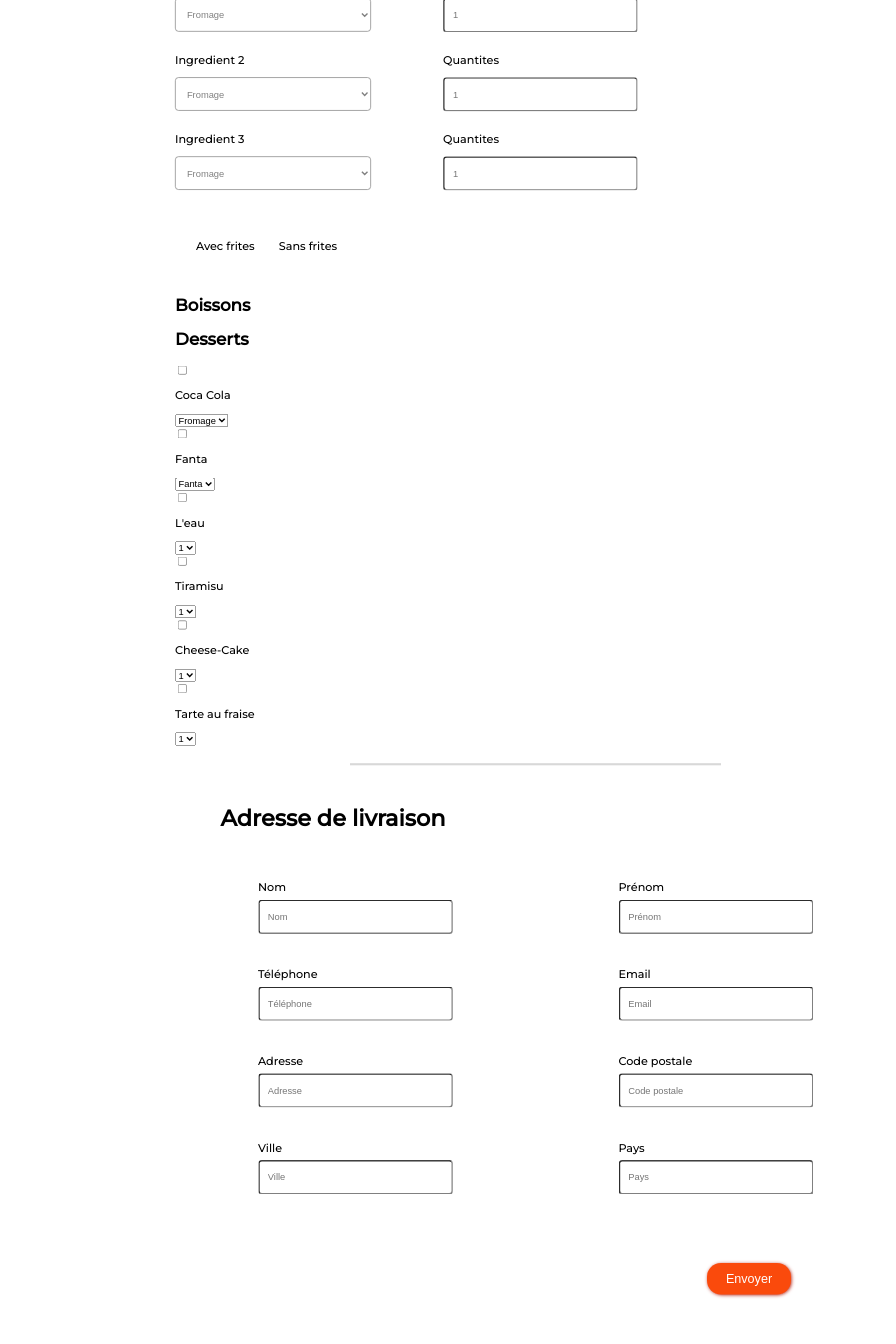
Repository: Ahlam-belhadj/bella-olange
Page: index2.html
An editor plug-in stored every save of this project. The page is shown before and after a run of saves, followed by the edit.
The browser window is 1280 px wide. The pictures show the part of the page from y = 1705 to 3625 px (the page is 3625 px tall before and 3221 px after), at 70% of full size.

Above is the page before, as saved 2023-02-14 19:47:49.

### index2.html
<!DOCTYPE html>
<html lang="en">

<head>
    <meta charset="UTF-8">
    <meta http-equiv="X-UA-Compatible" content="IE=edge">
    <meta name="viewport" content="width=device-width, initial-scale=1.0">
    <link rel="stylesheet" href="https://cdnjs.cloudflare.com/ajax/libs/font-awesome/6.2.1/css/all.min.css" />
    <link rel="stylesheet" href="style2.css">
    <title>Bella olanje</title>
</head>

<body>
  <header>

    <nav>
      <ul class="nav-bar">
          <div class="logo"><a href='#'><img src="image/logo_bella_olonje.png" alt="jsp"></a></div>
          <input type="checkbox" id="check" />
          <span class="menu">
              <li><a href="index.html" class="nav-link">Home</a></li>
              <li><a href="#pizza" class="nav-link">Pizzas</a></li>
              <li><a href="#burger" class="nav-link">Burgers</a></li>
              <li><a href="#salades" class="nav-link">Salades</a></li>
              <li><a href="index3.html" class="nav-link">Contact</a></li>
              <label for="check" class="close-menu"><i class="fas fa-times"></i></label>
          </span>
          <label for="check" class="open-menu"><i class="fas fa-bars"></i></label>
      </ul>
  </nav>

    <div class="title">
        <div class="texte">
            <h3>Food app</h3>
            <h1>Chez Bella <br>
                chaque désire s'additionne.</h1>
        </div>
    </div>
</header>




    <main>
      <div class="infos" id="form-infos">
        <form>
          <h1>Vos informations</h1>

          <div class="grp_infos">
            <div class="nom_prenom">
              <div class="label1">
                <label class="label_nom">Nom</label><br>
                <input type="text" placeholder="Nom">
              </div>
              <div class="label1">
                <label class="label_nom">Prénom</label><br>
                <input type="text" placeholder="Prénom">
              </div>
            </div>

            <div class="telephone_email">
              <div class="label1">
                <label class="label_nom">Téléphone</label><br>
                <input type="text" placeholder="Téléphone">
              </div>
              <div class="label1">
                <label class="label_nom">Email</label><br>
                <input type="text" placeholder="Email">
              </div>
            </div>
          </div>
        </form>
      </div>

      <hr>

      <div class="commande">
        <form>
          <h1>Votre commande</h1>
          <h3>Suppléments</h3>
          <div class="grp_suppliment">
            <div class="ingredient_quantite">
              <div class="fromage">
                <label>Ingredient</label><br>
                <select name="ingr" class="suppléments">
                  <option value="fromage">Fromage</option>
                  <option value="fromage">Fromage</option>
                  <option value="fromage">Fromage</option>
                  <option value="fromage">Fromage</option>
                  <option value="fromage">Fromage</option>
                  <option value="fromage">Fromage</option>
                  <option value="fromage">Fromage</option>
                </select>
              </div>
              <div class="box">
                <label>Quantites</label><br>
                <input type="number" min="0" placeholder="1">
              </div>
            </div>

            <div class="ingredient_quantite">
             <div class="fromage">
                <label>Ingredient 1</label><br>
                <select name="ingr" class="suppléments">
                  <option value="fromage">Fromage</option>
                  <option value="fromage">Fromage</option>
                  <option value="fromage">Fromage</option>
                  <option value="fromage">Fromage</option>
                  <option value="fromage">Fromage</option>
                  <option value="fromage">Fromage</option>
                  <option value="fromage">Fromage</option>
                </select>
              </div>
              <div class="box">
                <label>Quantites</label><br>
                <input type="number" min="0" placeholder="1">
              </div>
            </div>

            <div class="ingredient_quantite">
              <div class="fromage">
                <label>Ingredient 2</label><br>
                <select name="ingr" class="suppléments">
                  <option value="fromage">Fromage</option>
                  <option value="fromage">Fromage</option>
                  <option value="fromage">Fromage</option>
                  <option value="fromage">Fromage</option>
                  <option value="fromage">Fromage</option>
                  <option value="fromage">Fromage</option>
                  <option value="fromage">Fromage</option>
                </select>
              </div>
              <div class="box">
                <label>Quantites</label><br>
                <input type="number" min="0" placeholder="1">
              </div>
            </div>

            <div class="ingredient_quantite">
              <div class="fromage">
                <label>Ingredient 3</label><br>
                <select name="ingr" class="suppléments">
                  <option value="fromage">Fromage</option>
                  <option value="fromage">Fromage</option>
                  <option value="fromage">Fromage</option>
                  <option value="fromage">Fromage</option>
                  <option value="fromage">Fromage</option>
                  <option value="fromage">Fromage</option>
                  <option value="fromage">Fromage</option>
                </select>
              </div>
              <div class="box">
                <label>Quantites</label><br>
                <input type="number" min="0" placeholder="1">
              </div>
            </div>
          </div>


          <div class="check2">
            <label class="container">Avec frites
              <input type="radio" checked="checked" name="radio">
              <span class="checkmark"></span>
            </label>
            <label class="container">Sans frites
              <input type="radio" name="radio">
              <span class="checkmark"></span>
            </label>
          </div>


          <div class="Boissons">
            <div class="Titres">
            <div>
                <h2>
                Boissons
                </h2>
            </div>
            <div>
                <h2>
                Desserts
                </h2>
            </div>
            </div>
            <div class="Box">
                <div class="gauche">
                     <div class="coti">
                <input type="checkbox" class="checkbox-green"/>
                <p>
                    Coca Cola
                </p>
                <select name="Ingrédient" id="Ingrédient">
                    <option value="">Fromage</option>
                    <option value="Fromage">Fromage</option>
                    <option value="Fromage">Fromage</option>
                    <option value="Fromage">Fromage</option>
                    <option value="Fromage">Fromage</option>
                    <option value="Fromage">Fromage</option>
                    <option value="Fromage">Fromage</option>
                </select>
            </div>
            <div class="coti">
                <input type="checkbox" class="checkbox-green"/>
                <p>
                    Fanta
                </p>
                <select name="Ingrédient" id="Ingrédient">
                    <option value="">Fanta</option>
                    <option value="Fromage">1</option>
                    <option value="Fromage">1</option>
                    <option value="Fromage">1</option>
                    <option value="Fromage">1</option>
                    <option value="Fromage">1</option>
                    <option value="Fromage">1</option>
                </select>
            </div>
            <div class="coti">
                <input type="checkbox" class="checkbox-green"/>
                <p>
                    L'eau
                </p>
                <select name="Ingrédient" id="Ingrédient">
                    <option value="">1</option>
                    <option value="Fromage">1</option>
                    <option value="Fromage">1</option>
                    <option value="Fromage">1</option>
                    <option value="Fromage">1</option>
                    <option value="Fromage">1</option>
                    <option value="Fromage">1</option>
                </select>
            </div>

                </div>
                <div class="droite">
                    <div class="coti">
                <input type="checkbox" class="checkbox-green"/>
                <p>
                    Tiramisu
                </p>
                <select name="Ingrédient" id="Ingrédient">
                    <option value="">1</option>
                    <option value="Fromage">1</option>
                    <option value="Fromage">1</option>
                    <option value="Fromage">1</option>
                    <option value="Fromage">1</option>
                    <option value="Fromage">1</option>
                    <option value="Fromage">1</option>
                </select>
            </div>
            <div class="coti">
                <input type="checkbox" class="checkbox-green"/>
                <p>
                    Cheese-Cake
                </p>
                <select name="Ingrédient" id="Ingrédient">
                    <option value="">1</option>
                    <option value="Fromage">1</option>
                    <option value="Fromage">1</option>
                    <option value="Fromage">1</option>
                    <option value="Fromage">1</option>
                    <option value="Fromage">1</option>
                    <option value="Fromage">1</option>
                </select>
            </div>
            <div class="coti">
                <input type="checkbox" class="checkbox-green"/>
                <p>
                    Tarte au fraise
                </p>
                <select name="Ingrédient" id="Ingrédient">
                    <option value="">1</option>
                    <option value="Fromage">1</option>
                    <option value="Fromage">1</option>
                    <option value="Fromage">1</option>
                    <option value="Fromage">1</option>
                    <option value="Fromage">1</option>
                    <option value="Fromage">1</option>
                </select>
            </div>
                </div>
            </div>

        </div>
      <hr>

      <div class="livraison">
        <form>
          <h1>Adresse de livraison</h1>
          <div class="grp_infos">
            <div class="nom_prenom">
              <div class="label1">
                <label class="label_nom">Nom</label><br>
                <input type="text" placeholder="Nom">
              </div>
              <div class="label1">
                <label class="label_nom">Prénom</label><br>
                <input type="text" placeholder="Prénom">
              </div>
            </div>

            <div class="telephone_email">
              <div class="label1">
                <label class="label_nom">Téléphone</label><br>
                <input type="text" placeholder="Téléphone">
              </div>
              <div class="label1">
                <label class="label_nom">Email</label><br>
                <input type="text" placeholder="Email">
              </div>
            </div>
            <div class="nom_prenom">
              <div class="label1">
                <label class="label_nom">Adresse</label><br>
                <input type="text" placeholder="Adresse">
              </div>
              <div class="label1">
                <label class="label_nom">Code postale</label><br>
                <input type="text" placeholder="Code postale">
              </div>
            </div>

            <div class="telephone_email">
              <div class="label1">
                <label class="label_nom">Ville</label><br>
                <input type="text" placeholder="Ville">
              </div>
              <div class="label1">
                <label class="label_nom">Pays</label><br>
                <input type="text" placeholder="Pays">
              </div>
            </div>
          </div>
            <div class="div_button"><button class="button" type="button">Envoyer</button></div>
        </form>

      </div>
    </main>

</body>

</html>

### style2.css
@import url('https://fonts.googleapis.com/css2?family=Montserrat:wght@100;200;500&display=swap');

body {
    font-family: Montserrat, sans-serif;
    margin: auto;
}


.logo img{
  height: 100px;
  width: 150px;
}


.nav-bar {
  display: flex;
  justify-content: space-between;
  align-items: center;
  list-style: none;
  position: relative;
  background-color: #FFF;
  padding: 12px 20px;
}

.menu {
  display: flex;
}

.menu li {
  padding-left: 20px;
  padding-right: 55px;
}

.menu li a {
  display: inline-block;
  text-decoration: none;
  color: #333;
  text-align: center;
  position: relative;
}

.menu li a:hover {
  color: #FA4A0C;
}

.open-menu {
  position: absolute;
  color: #FA4A0C;
  cursor: pointer;
  font-size: 1.5rem;
  display: none;
}

.close-menu {
  position: absolute;
  color: #333;
  cursor: pointer;
  font-size: 1.5rem;
  display: none;
  padding: 10px;
}

.open-menu {
  top: 50%;
  right: 20px;
  transform: translateY(-50%);
}

.close-menu {
  top: 20px;
  right: 20px;
}

#check {
  display: none;
}

@media(max-width: 920px) {
  .menu {
      flex-direction: column;
      align-items: center;
      width: 60%;
      height: 100vh;
      position: fixed;
      top: 0;
      right: -100%;
      z-index: 100;
      background-color: rgb(255, 88, 70);
      transition: all 0.2s ease-in-out;
      padding-top: 100px;
  }

  .menu li {
      margin-top: 40px;
  }

  .menu li a {
      padding: 10px;
      color: #FFF;
  }

  .open-menu {
      display: block;
      padding-right: 25px;
      padding-top: 13px;
  }

  .close-menu {
      display: block;
      color: #FFF;
      padding-right: 25px;
      padding-top: 22px;
  }

  #check:checked~.menu {
      right: 0;
  }

  .menu li a:hover {
      color: #333;
  }

  .nav-link {
      font-family: Montserrat;
      letter-spacing: .8px;
  }
}
.title {
  background-image: url(image/Rectangle\ 48.png);
  height: 619px;
  background-repeat: no-repeat;
  background-position: center;
  background-size: cover;



}

.texte{
    color: white;
    display: flex;
    align-items: center;
    justify-content: center;
    flex-direction: column;
    text-align: center;
    height: 50%;
}




/*infos*/


.ingredient_quantite{
    display: flex;
    flex-direction:row;
    justify-content: flex-start;
    gap: 10%;
    margin-bottom: 10px;
}


.label1 input {
    width: 250px;
    height: 35px;
    margin-bottom: 20px;
    margin-top: 8px;
    padding: 5px 12px;
    color: grey;
    border-radius: 5px;
    border-color: gray;
}


.infos h1 {
    padding: 85px;
}

hr {
    height: 3px;
    background-color:#d8d8d8;
    border: none;
    margin: 25px 250px 25px;
}

.nom_prenom {
    display: flex;
    justify-content: space-around;
    padding-right: 0px;
    padding-bottom: 28px;
}
.telephone_email {
    display: flex;
    justify-content: space-around;
    padding-right: 0px;
    padding-bottom: 28px;
}

/*infos*/

/*livraison*/

.livraison h1 {
    margin-left: 65px;
    padding-top: 30px;
    padding-bottom: 50px;
}
/*livraison*/

/*commande*/
.suppléments {
    width: 280px;
    height: 48px;
    margin-bottom: 20px;
    margin-top: 15px;
    padding: 5px 12px;
    color: grey;
    border-radius: 5px;
    border-color: gray;
    background-color: #FFFFFF;
}


.commande {
    margin-left: 250px;
}

.commande h1 {
    padding-top: 30px;
}

.commande h3 {
    padding-top: 50px;
    padding-bottom: 42px;
}

.box input {
    width: 250px;
    height: 35px;
    margin-bottom: 20px;
    margin-top: 15px;
    padding: 5px 12px;
    color: grey;
    border-radius: 5px;
    border-color: gray;
}

.boissons_dessert {
    display: flex;
    flex-direction: row;
}

/*commande*/


.div_button {
    padding: 50px 150px 70px 0px;
    display: flex;
    justify-content: flex-end;
}

button {
    border: 0;
    line-height: 2.5;
    width: 120px;
    padding: 0 18px;
    font-size: 18px;
    text-align: center;
    color: #fff;
    border-radius: 20px;
    background-color: #FA4A0C;
    box-shadow: 1px 1px 5px #B73227;
}


/*dessert et boissons*/

.avec, .sans {
    display: flex;
    flex-direction: row;
    justify-content: space-around;
    width: 150px;
    height: 40px;
    align-items: center;
}

.sans_f {
    padding-top: 39px;
    padding-left: 50px;
}
.avec_f {
    padding-left: 10px;
}

.boissons{
     display: flex;
    align-items: center;
    justify-content: space-around;
    /* width: 31rem; */
    padding-top: 5px;
}

.carre {
    width: 24px;
    height: 24px;
    background-color: green;
}

.carre.grey {
    background-color: #C4C4C4;
}

.all {
    display: flex;
}

.content_of_dessert {
    margin-left: 186px;
}

.Fromage {
    padding: 7px;
    border-radius: 5px;
    width: 280px;
    height: 48px;
    margin-bottom: 20px;
    margin-top: 8px;
    padding: 5px 12px;
    color: grey;
    border-radius: 5px;
    border-color: gray;
    background-color: #FFFFFF;
}
/*dessert et boissons*/


/*checkbox*/
.check2 {
    padding-top: 40px;
    padding-bottom: 40px;
}
.container {
    padding-left: 30px;
    margin-bottom: 12px;
    cursor: pointer;
    font-size: 16px;


  }

  .container input {
    position: absolute;
    opacity: 0;
    cursor: pointer;
  }

  .checkmark {
    position: absolute;
    top: 0;
    left: 0;
    height: 21px;
    width: 21px;
    background-color: rgba(176, 176, 176, 0.677);
    border-radius: 50%;
}




  .container input:checked  .checkmark {
    background-color: #2e3983;
  }

  .checkmark:after {
    position: absolute;
    display: none;
  }

  .container input:checked ~ .checkmark:after {
    display: block;
  }

  .container .checkmark:after {
       top: 9px;
      left: 9px;
      width: 8px;
      background: white;
  }
/*checkbox*/

@media (max-width:650px) {
  .nom_prenom {
      display: flex;
      flex-direction: column;
      padding-left: 15%;
  }

  .telephone_email {
      display: flex;
      flex-direction: column;
      padding-left: 15%;
  }

  .ingredient_quantite{
    display: flex;
    flex-direction: column;
  }

  .all{
    display: flex;
    flex-direction: column;
  }

  .content_of_dessert{
    margin-left: 0px;
  }

  .Fromage{
    width: 20px;
  }

  .commande {
    margin-left: 60px;
}


h2{
  text-align: center;
}

h1{
  text-align: center;
}

.livraison h1 {
  margin-left: 5px;
}


}

@media screen and (min-width:651px) and (max-width:1199px) {
  .nom_prenom {
    display: flex;
    flex-direction: column;
    padding-left: 15%;
}

.telephone_email {
    display: flex;
    flex-direction: column;
    padding-left: 15%;
}

.ingredient_quantite{
  display: flex;
  flex-direction: column;
}

.all{
  display: flex;
  flex-direction: column;
}

.content_of_dessert{
  margin-left: 0px;
}

.Fromage{
  width: 100px;
}

h2{
  text-align: center;
}
h1{
  text-align: center;
}

.label1 input {
  width: 550px;

}

.suppléments {
  width: 550px;
}


.box input {
  width: 520px;
}

.commande {
  margin-left: 150px;
}
.content_of_boisson {
  padding-right: 550px;
}

.content_of_dessert {
  padding-right: 550px;
}
}

After the next 2 saves:
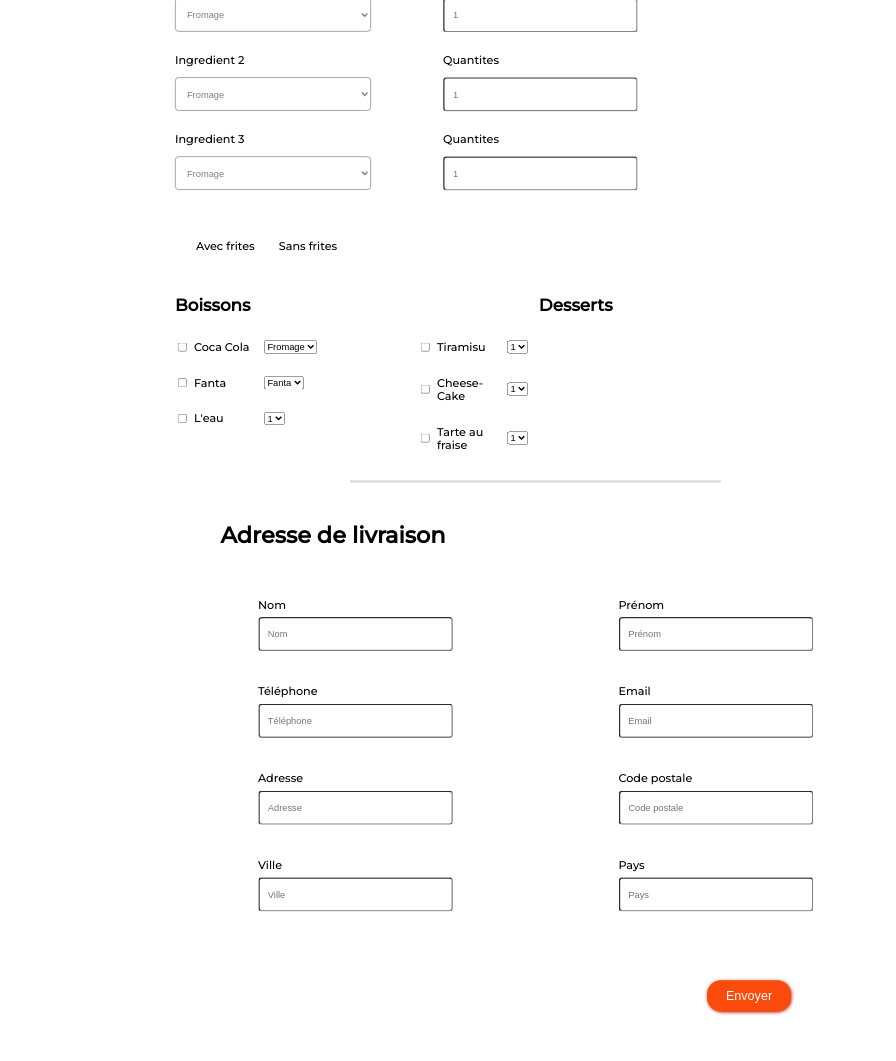
The 2 saves are shown as one change because they came seconds apart.
The last was saved 104 s later.
--- a/style2.css
+++ b/style2.css
@@ -293,6 +293,49 @@ button {
     padding-left: 10px;
 }
 
+
+
+
+.Titres {
+  display: flex;
+  justify-content: flex-start;
+  gap: 40%;
+}
+
+.coti {
+  display: flex;
+  align-items: center;
+  gap: 7px;
+}
+
+.Box {
+  display: flex;
+  flex-direction: row;
+  justify-content: flex-start;
+  gap: 14%;
+}
+.coti p {
+  width: 93px;
+}
+.inn {
+  text-align: end;
+}
+.inn {
+  display: flex;
+  flex-direction: column;
+  justify-content: center;
+  align-content: center;
+  flex-wrap: nowrap;
+  gap: 30px;
+}
+.inn div {
+  display: flex;
+  flex-direction: column;
+  align-items: flex-start;
+}
+.livre {
+  gap: 38%;
+}
 .boissons{
      display: flex;
     align-items: center;
